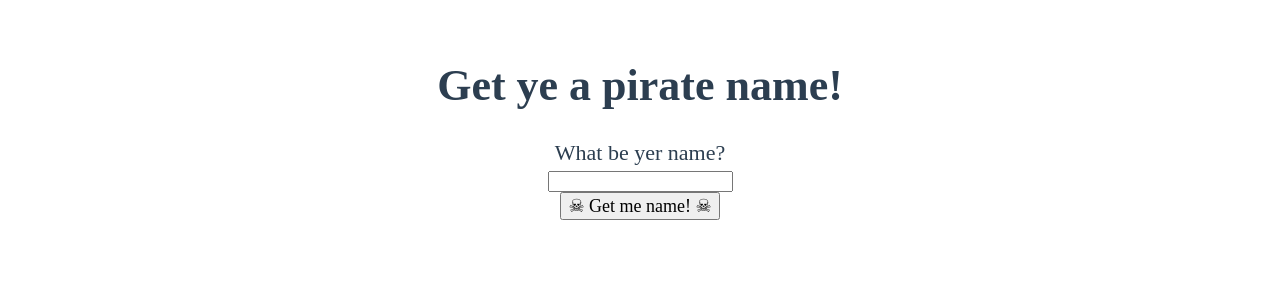
Repository: tessaSAC/pirate-namer
Page: /
These files come from the project's save history. The page is drawn as it stood at one moment and after the next save; the edit follows.
The browser window is 1280 px wide. The pictures show the whole page.
Some web fonts or font styles are not loaded; a fallback is used. The project was rebuilt for these pictures with package versions that can differ from the ones it lists, and the page was loaded fresh each time. Also part of the build but not shown: vite.config.js.

Above is the page before, as saved 2021-08-05 20:10:43.

After the next save:
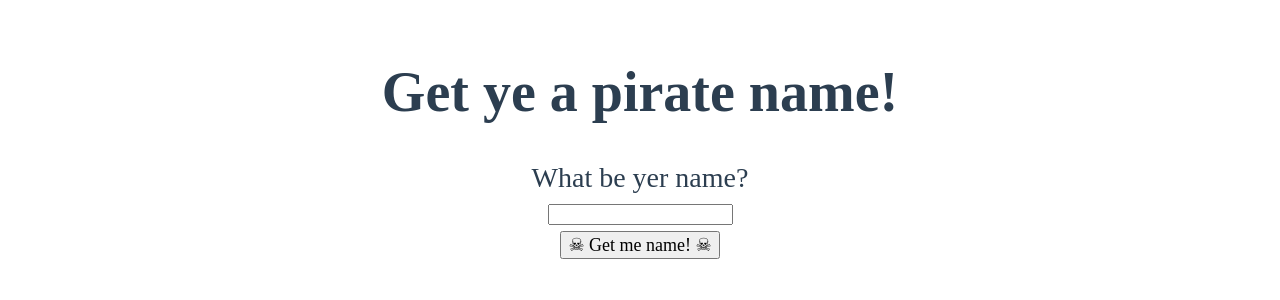
Saved 4 s later.
--- a/src/App.vue
+++ b/src/App.vue
@@ -196,7 +196,7 @@ export default {
   color: #2c3e50;
   margin-top: 60px;
 
-  font-size: 22px;
+  font-size: 28px;
 
   button {
     font-family: Miniver;
